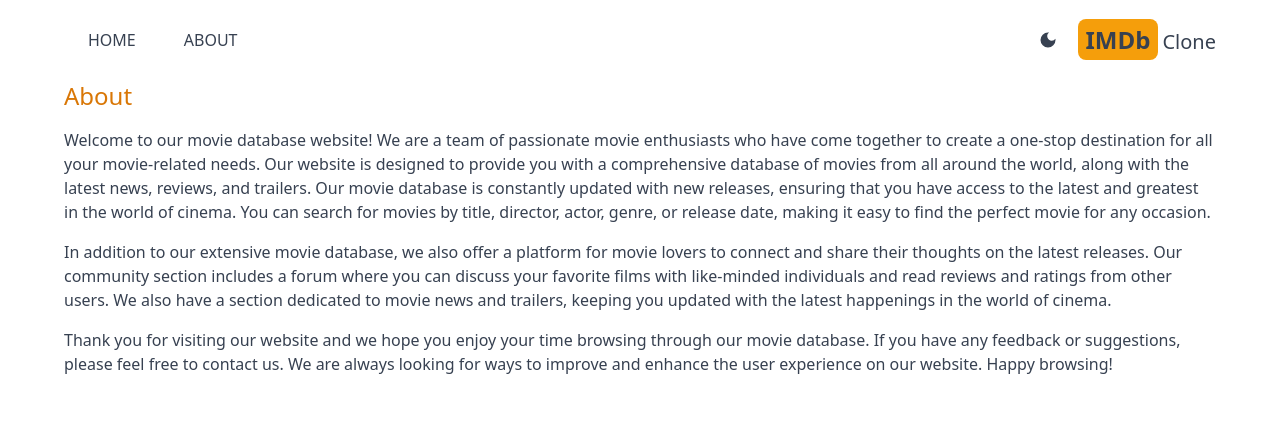
Repository: dnjfht/imdb
Page: /about
The author's editor kept a copy of each file at every save. The page is drawn from the files as they stood at one save, then again after the next save.
The browser window is 1280 px wide. The pictures show the whole page.
The project was rebuilt for these pictures with package versions that can differ from the ones it lists, and the page was loaded fresh each time. The framework's server and built-in components were replaced by stand-ins that run in the browser. Also part of the build but not shown: next.config.js.

Above is the page before, as saved 2023-10-02 12:03:43.

### src/app/layout.js
import Providers from "./Providers";
import Header from "./components/Header";
import "./globals.css";

export const metadata = {
  title: "IMDb Clobe",
  description: "This is the IMDb clone website",
};

export default function RootLayout({ children }) {
  return (
    <html lang="en">
      <head>
        <link rel="icon" href="/favicon.ico" />
      </head>

      <body>
        <Providers>
          {/* Header */}
          <Header />

          {/* Navbar */}

          {/* SearchBox */}

          {children}
        </Providers>
      </body>
    </html>
  );
}

### src/app/about/page.js
export default function About() {
  return (
    <div className="max-w-6xl sm:mx-auto space-y-4">
      <h1 className="text-2xl font-medium text-amber-600">About</h1>

      <p>
        Welcome to our movie database website! We are a team of passionate movie
        enthusiasts who have come together to create a one-stop destination for
        all your movie-related needs. Our website is designed to provide you
        with a comprehensive database of movies from all around the world, along
        with the latest news, reviews, and trailers. Our movie database is
        constantly updated with new releases, ensuring that you have access to
        the latest and greatest in the world of cinema. You can search for
        movies by title, director, actor, genre, or release date, making it easy
        to find the perfect movie for any occasion.
      </p>

      <p>
        In addition to our extensive movie database, we also offer a platform
        for movie lovers to connect and share their thoughts on the latest
        releases. Our community section includes a forum where you can discuss
        your favorite films with like-minded individuals and read reviews and
        ratings from other users. We also have a section dedicated to movie news
        and trailers, keeping you updated with the latest happenings in the
        world of cinema.
      </p>

      <p>
        Thank you for visiting our website and we hope you enjoy your time
        browsing through our movie database. If you have any feedback or
        suggestions, please feel free to contact us. We are always looking for
        ways to improve and enhance the user experience on our website. Happy
        browsing!
      </p>
    </div>
  );
}

### src/app/Providers.jsx
"use client";

import { ThemeProvider } from "next-themes";

export default function Providers({ children }) {
  return (
    <ThemeProvider enableSystem={true} attribute="class">
      <div className="dark:bg-gray-700 dark:text-gray-200 text-gray-700 transition-color duration-300 min-h-screen select-none">
        {children}
      </div>
    </ThemeProvider>
  );
}

### src/app/components/Header.jsx
import Link from "next/link";
import MenuItem from "./MenuItem";

import { AiFillHome } from "react-icons/ai";
import { HiInformationCircle } from "react-icons/hi";
import DarkModeSwitch from "./DarkModeSwitch";

export default function Header() {
  return (
    <div className="flex items-center justify-between mx-2 max-w-6xl sm:mx-auto py-6">
      <div className="flex">
        <MenuItem title="HOME" address="/" Icon={AiFillHome} />
        <MenuItem title="ABOUT" address="/about" Icon={HiInformationCircle} />
      </div>

      <div className="flex items-center space-x-5">
        <DarkModeSwitch />

        <Link href="/">
          <h2 className="text-2xl">
            <span className="font-bold bg-amber-500 py-1 px-2 rounded-lg mr-1">
              IMDb
            </span>
            <span className="text-xl hidden sm:inline">Clone</span>
          </h2>
        </Link>
      </div>
    </div>
  );
}

### src/app/components/MenuItem.jsx
import Link from "next/link";

export default function MenuItem({ title, address, Icon }) {
  return (
    <div>
      <Link href={address} className="mx-4 lg:mx-6 hover:text-amber-600">
        {/* 페이지를 새로 고치지 않고 해당 웹사이트, 해당 URL로 이동. */}
        <Icon className="text-2xl sm:hidden mx-4" />
        <p className="hidden sm:inline my-2 text-small">{title}</p>
      </Link>
    </div>
  );
}

### src/app/components/DarkModeSwitch.jsx
"use client";

import { useTheme } from "next-themes";
import { useEffect, useState } from "react";
import { MdDarkMode } from "react-icons/md";
import { MdLightMode } from "react-icons/md";

export default function DarkModeSwitch() {
  const { systemTheme, theme, setTheme } = useTheme();
  const [mounted, setMounted] = useState(false);

  useEffect(() => setMounted(true), []);

  const currentTheme = theme === "system" ? systemTheme : theme;

  return (
    <>
      {mounted &&
        (currentTheme === "dark" ? (
          <MdLightMode
            className="text-xl cursor-pointer hover:text-amber-500"
            onClick={() => {
              setTheme("light");
            }}
          />
        ) : (
          <MdDarkMode
            className="text-xl cursor-pointer hover:text-amber-500"
            onClick={() => {
              setTheme("dark");
            }}
          />
        ))}
    </>
  );
}

Loaded but not shown: src/app/globals.css (common file); tailwind.config.js (common file)

After the next save:
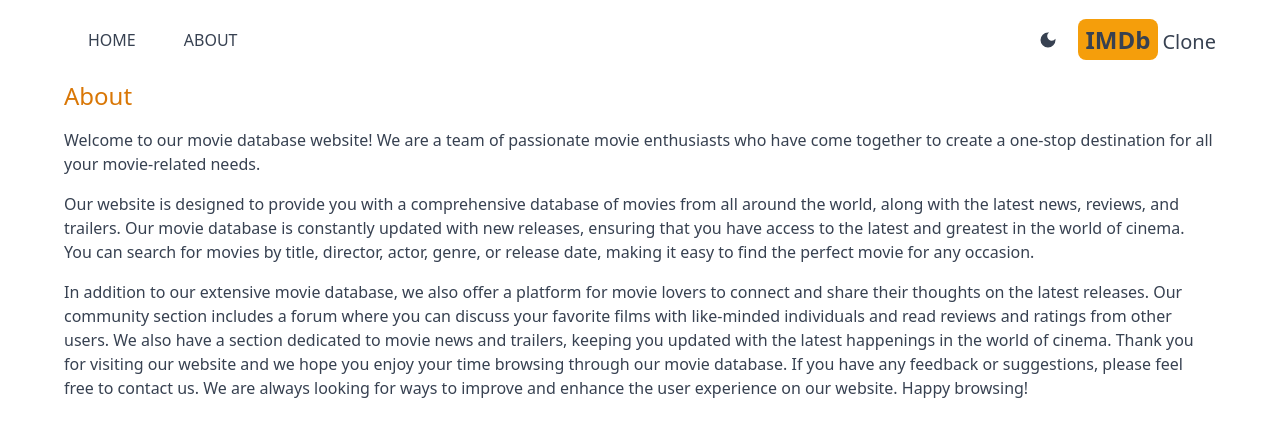
Saved 4 min 53 s later.
--- a/src/app/about/page.js
+++ b/src/app/about/page.js
@@ -6,13 +6,17 @@
       <p>
         Welcome to our movie database website! We are a team of passionate movie
         enthusiasts who have come together to create a one-stop destination for
-        all your movie-related needs. Our website is designed to provide you
-        with a comprehensive database of movies from all around the world, along
-        with the latest news, reviews, and trailers. Our movie database is
-        constantly updated with new releases, ensuring that you have access to
-        the latest and greatest in the world of cinema. You can search for
-        movies by title, director, actor, genre, or release date, making it easy
-        to find the perfect movie for any occasion.
+        all your movie-related needs.
+      </p>
+
+      <p>
+        Our website is designed to provide you with a comprehensive database of
+        movies from all around the world, along with the latest news, reviews,
+        and trailers. Our movie database is constantly updated with new
+        releases, ensuring that you have access to the latest and greatest in
+        the world of cinema. You can search for movies by title, director,
+        actor, genre, or release date, making it easy to find the perfect movie
+        for any occasion.
       </p>
 
       <p>
@@ -22,15 +26,11 @@
         your favorite films with like-minded individuals and read reviews and
         ratings from other users. We also have a section dedicated to movie news
         and trailers, keeping you updated with the latest happenings in the
-        world of cinema.
-      </p>
-
-      <p>
-        Thank you for visiting our website and we hope you enjoy your time
-        browsing through our movie database. If you have any feedback or
-        suggestions, please feel free to contact us. We are always looking for
-        ways to improve and enhance the user experience on our website. Happy
-        browsing!
+        world of cinema. Thank you for visiting our website and we hope you
+        enjoy your time browsing through our movie database. If you have any
+        feedback or suggestions, please feel free to contact us. We are always
+        looking for ways to improve and enhance the user experience on our
+        website. Happy browsing!
       </p>
     </div>
   );
